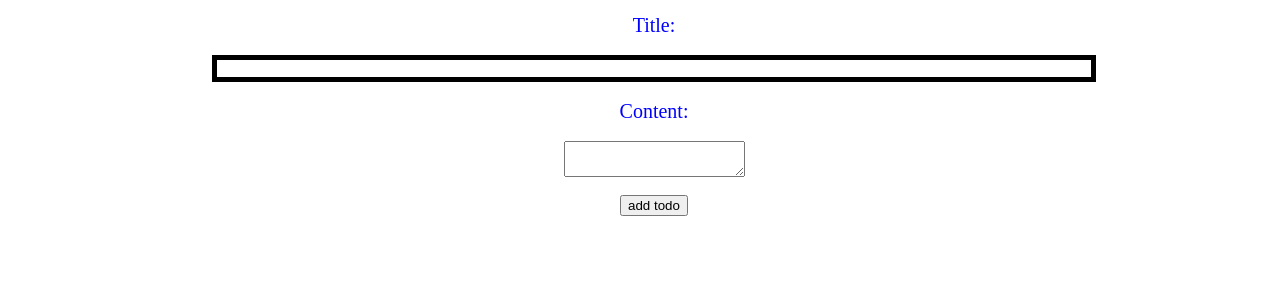
Repository: gabe126679/todo-list
Page: index.html
An editor plug-in stored every save of this project. The page is shown before and after the next save, followed by the edit.
The browser window is 1280 px wide. The page is 1288 px wide, so the pictures cover 1288 px, including what lies to the right of the window. The pictures show the whole page.

Above is the page before, as saved 2022-03-15 15:46:51.

After the next save:
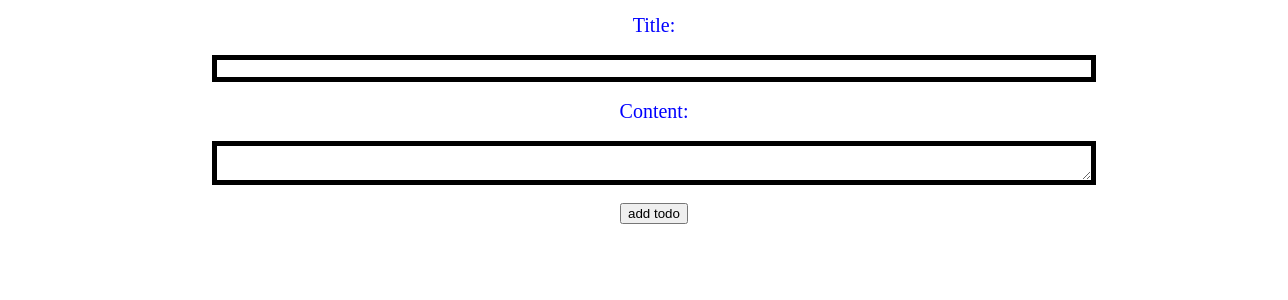
Saved 11 s later.
--- a/index.html
+++ b/index.html
@@ -39,7 +39,9 @@
             text-align: center;
         }
         #content {
-
+            width: 70%;
+            border: 5px solid #000;
+            text-align: center;
         }
     </style>
 </html>
